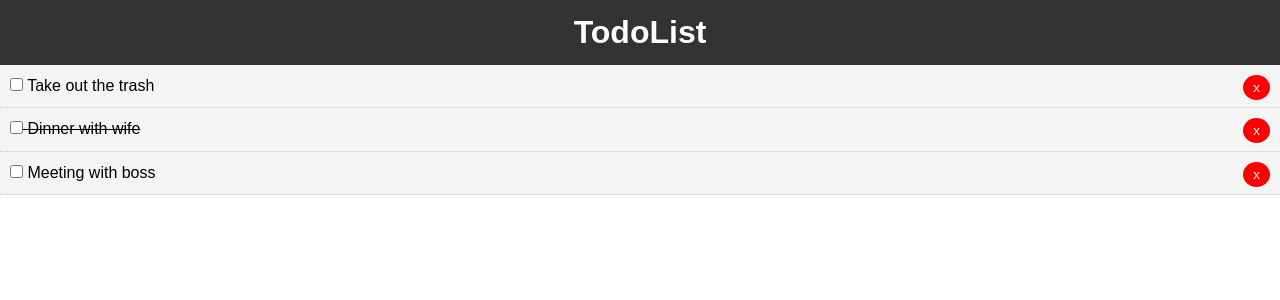
Repository: ChidiChuks/todo-list
Page: /
An editor plug-in stored every save of this project. The page is shown before and after the next save, followed by the edit.
The browser window is 1280 px wide. The pictures show the whole page.
The project was rebuilt for these pictures with package versions that can differ from the ones it lists, and the page was loaded fresh each time.

Above is the page before, as saved 2019-10-21 15:02:42.

### public/index.html
<!DOCTYPE html>
<html lang="en">
  <head>
    <meta charset="utf-8" />
    <link rel="icon" href="%PUBLIC_URL%/favicon.ico" />
    <meta name="viewport" content="width=device-width, initial-scale=1" />
    <meta name="theme-color" content="#000000" />
    <meta
      name="description"
      content="Web site created using create-react-app"
    />
    <link rel="apple-touch-icon" href="logo192.png" />

    <link rel="manifest" href="%PUBLIC_URL%/manifest.json" />

    <title>TodoList</title>
  </head>
  <body>
    <noscript>You need to enable JavaScript to run this app.</noscript>
    <div id="root"></div>

  </body>
</html>

### src/App.js
import React, { Component } from 'react';
import Header from './components/layout/Header';
import Todos from './components/Todos';
import AddTodo from './components/AddTodo';
import './App.css';

class App extends Component {
  state = {
    todos: [
      {
        id: 1,
        title: 'Take out the trash',
        completed: false
      },
      {
        id: 2,
        title: 'Dinner with wife',
        completed: true
      },
      {
        id: 3,
        title: 'Meeting with boss',
        completed: false
      }
    ]
  }

  // Toggle Complete
  markComplete = (id) => {
    this.setState({ todos: this.state.todos.map(todo => {
      if(todo.id === id) {
        todo.completed = !todo.completed
      }
      return todo;
    }) });
  }

  // Delete Tasks
  delTodo = (id) => {
    this.setState({ todos: [...this.state.todos.filter(todo => todo.id !== id)] });
  }

  render() {
    console.log(this.props.todos)
    return (
      <div className="App">
        <Header />
        <Todos todos={this.state.todos} markComplete={this.markComplete} delTodo={this.delTodo} />
      </div>
    );
  }
}

export default App;

### src/components/layout/Header.js
import React from 'react';

function Header() {
  return (
    <header style={headerStyle}>
      <h1>TodoList</h1>
    </header>
  )
}

const headerStyle = {
  background: '#333',
  color:  '#fff',
  textAlign: 'center',
  padding: '10px'
}

export default Header;

### src/components/Todos.js
import React, { Component } from 'react';
import TodoItem from './TodoItem';
import PropTypes from 'prop-types';

class Todos extends Component {

  render() {
    return this.props.todos.map((todo) => (
      <TodoItem key={ todo.id } todo={todo} markComplete={this.props.markComplete} delTodo={this.props.delTodo} />
    ));
  }
}

// PropTypes
Todos.propTypes = {
  todos: PropTypes.array.isRequired
}

export default Todos;

### src/components/TodoItem.js
import React, { Component } from 'react';
import PropTypes from 'prop-types';

export class TodoItem extends Component {
  getStyle = () => {
    return {
      background: '#f4f4f4',
      padding: '10px',
      borderBottom: '1px #ccc dotted',
      textDecoration: this.props.todo.completed ?  'line-through' : 'none'
    }
  }

  render() {
    const { id, title } = this.props.todo;
    return (
      <div style={this.getStyle()}>
        <p>
          <input type="checkbox" onChange={this.props.markComplete.bind(this, id)}/> { ' ' }
          { title }
          <button onClick={this.props.delTodo.bind(this, id)} style={btnStyle}>x</button>
        </p>
      </div>
    )
  }
}

// PropTypes
TodoItem.propTypes = {
  todo: PropTypes.object.isRequired
}

const btnStyle = {
  background: '#ff0000',
  color: '#fff',
  border: 'none',
  padding: '5px 10px',
  borderRadius: '50%',
  cursor: 'pointer',
  float: 'right'
}

export default TodoItem

### src/components/AddTodo.js
import React, { Component } from 'react'

export class AddTodo extends Component {
  render() {
    return (
      <form style={{ display: 'flex' }}>
        <input
          type="text"
          name="title"
          style={{ flex: '10', padding: '5px' }}
          placeholder="Add Todo ..."
        />
        <input
          type="submit"
          value="Submit"
          className="btn"
          style={{flex: '1'}}
        />
      </form>
    )
  }
}

export default AddTodo

Loaded but not shown: src/index.js (common file); src/App.css (common file)

After the next save:
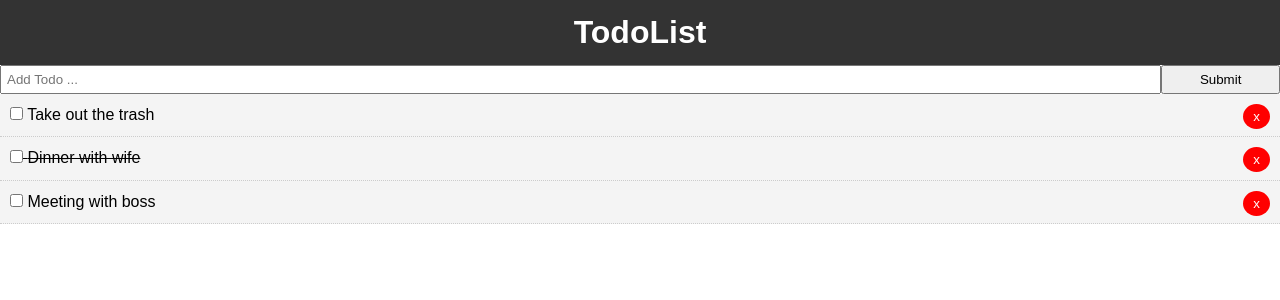
Saved 30 s later.
--- a/src/App.js
+++ b/src/App.js
@@ -45,6 +45,7 @@ class App extends Component {
     return (
       <div className="App">
         <Header />
+        <AddTodo />
         <Todos todos={this.state.todos} markComplete={this.markComplete} delTodo={this.delTodo} />
       </div>
     );
